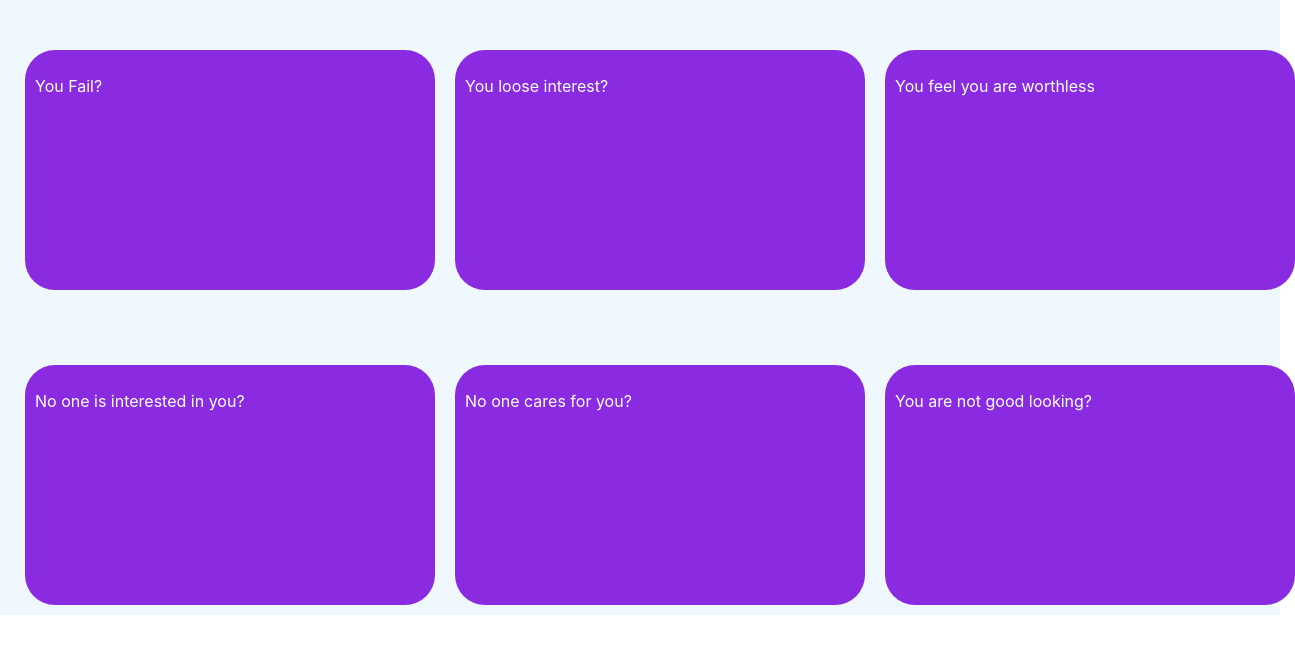
Repository: thai-shriya/anxiety-tracker
Page: /
These files come from the project's save history. The page is drawn as it stood at one moment and after the next save; the edit follows.
The browser window is 1280 px wide. The page is 1295 px wide, so the pictures cover 1295 px, including what lies to the right of the window. The pictures show the whole page.
The project was rebuilt for these pictures with package versions that can differ from the ones it lists, and the page was loaded fresh each time.

Above is the page before, as saved 2024-04-23 02:19:34.

### src/App.js
import { useState } from 'react';
import './App.css';

function Card({ frontContent, backContent }) {
  const [isFlipped, setIsFlipped] = useState(false);

  const handleClick = () => {
    setIsFlipped(!isFlipped);
  };

  return (
    <div className={`flex-card ${isFlipped ? 'flipped' : ''}`} onClick={handleClick}>
      <div className='front'>
        <p>{frontContent}</p>
      </div>
      <div className='back'>
        <p>{backContent}</p>
      </div>
    </div>
  );
}

function App() {

  const cardData = [
    { frontContent: 'You Fail?', backContent: 'Get feedback and Learn from your failures' },
    { frontContent: 'You loose interest?', backContent: 'Remember why you started' },
    { frontContent: 'You feel you are worthless', backContent: 'Study until you feel you are worth for yourself' },
    { frontContent: 'No one is interested in you?', backContent: 'World has not seen what you can do yet. Prepare, gain skills and network with people.' },
    { frontContent: 'No one cares for you?', backContent: 'Why do you need someone when you are able to live by yourself. Be greatful for what you have in life' },
  { frontContent: 'You are not good looking?', backContent: 'Your body is not good yet. Go to gym, eat healthy. When your body is happy, you glow!' }];

  return (
    <div className='grid-container'>
      {cardData.map((card, index) => (
        <Card key={index} frontContent={card.frontContent} backContent={card.backContent} />
      ))}
    </div>

  );
}

export default App;

### src/App.css
.grid-container{
  display: grid;
  grid-template-columns: auto auto auto;
  grid-template-rows: auto;
  column-gap: 10px;
  row-gap: 15px;
  background-color:aliceblue
}

.flex-card{
  padding: 10px;
  margin: 40px 15px 40px 15px;
  height: 200px;
  color:white;
  perspective: 800px;
}

.front, .back {
  position: absolute;
  width: 100%;
  height: 100%;
  backface-visibility: hidden;
  border-radius: 30px;
  justify-content: center;
  text-align: justify;
  padding: 10px;
}

.front {
   background-color:blueviolet;
  transform: rotateY(0deg);
  transition: transform 0.5s ease;

}

.back {
  background-color: blue;
  transform: rotateY(180deg);
  transition: transform 0.5s ease;

}

.flex-card.flipped .front {
  transform: rotateY(-180deg);
}

.flex-card.flipped .back {
  transform: rotateY(0deg);
}

Loaded but not shown: public/index.html (common file); src/index.js (common file); src/index.css (common file); src/reportWebVitals.js (common file)

After the next save:
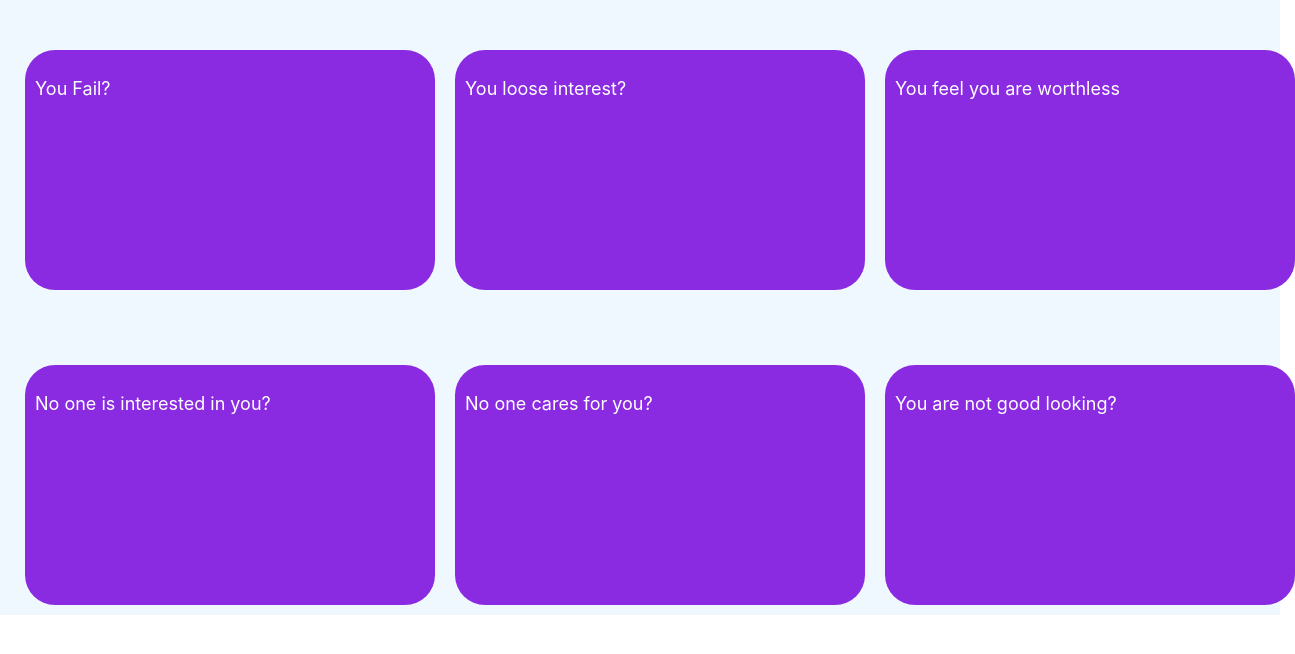
Saved 87 s later.
--- a/src/App.css
+++ b/src/App.css
@@ -13,6 +13,7 @@
   height: 200px;
   color:white;
   perspective: 800px;
+  font-size: large;
 }
 
 .front, .back {
